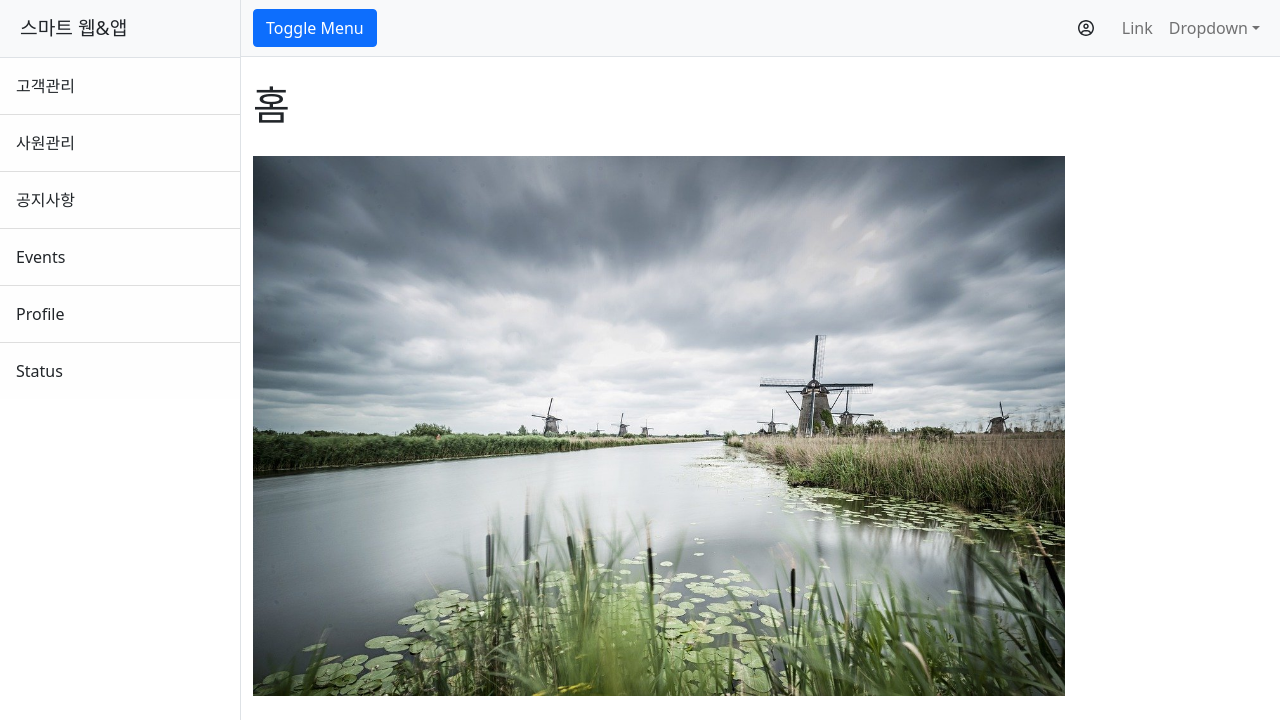
Repository: iwonhee/Study_Servlet
Page: http://localhost/web/index
These files come from the project's save history. The page is drawn as it stood at one moment and after the next save; the edit follows.
The browser window is 1280 px wide. The pictures show the whole page.
The page is served by Tomcat 9.

Above is the page before, as saved 2022-12-02 06:43:45.

After the next save:
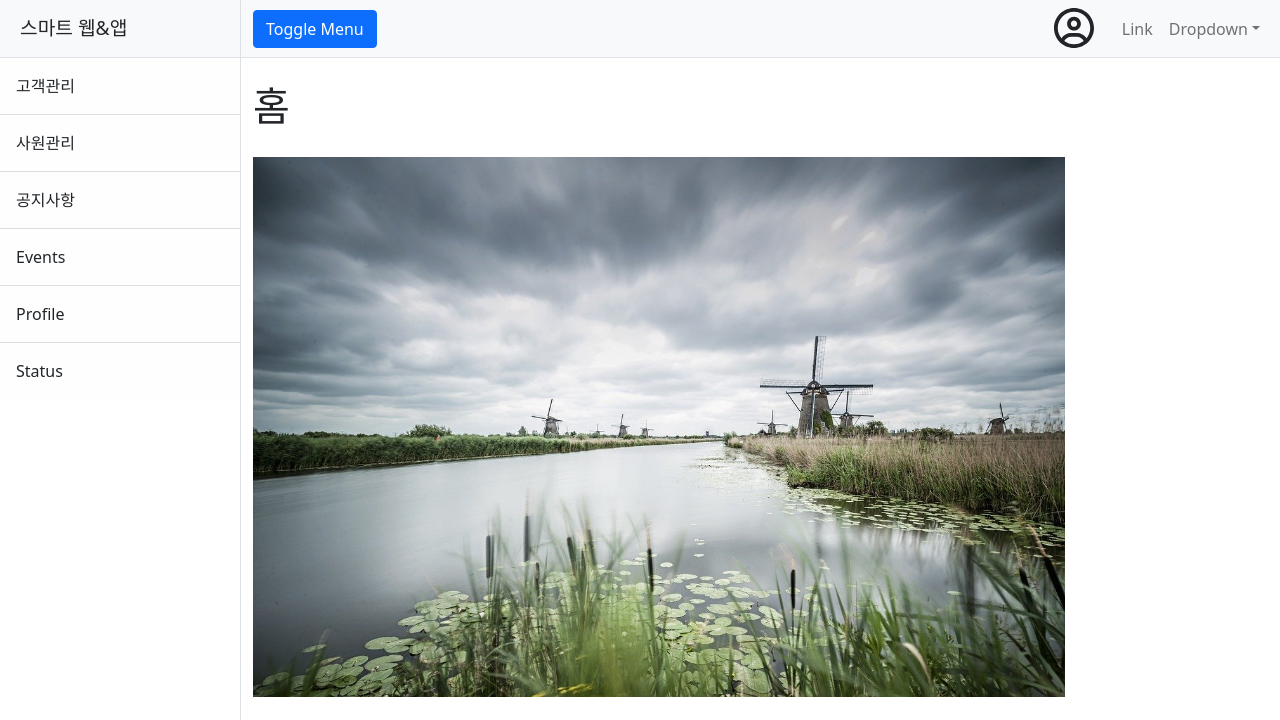
Saved 16 s later.
--- a/web/src/main/webapp/css/common.css
+++ b/web/src/main/webapp/css/common.css
@@ -54,6 +54,7 @@ select{
 	object-fit : cover;
 	border-radius:50%;
 }
+.font{font-size:40px;}
 .box{
 	width:320px;
 	margin:20px auto;

After the save that followed:
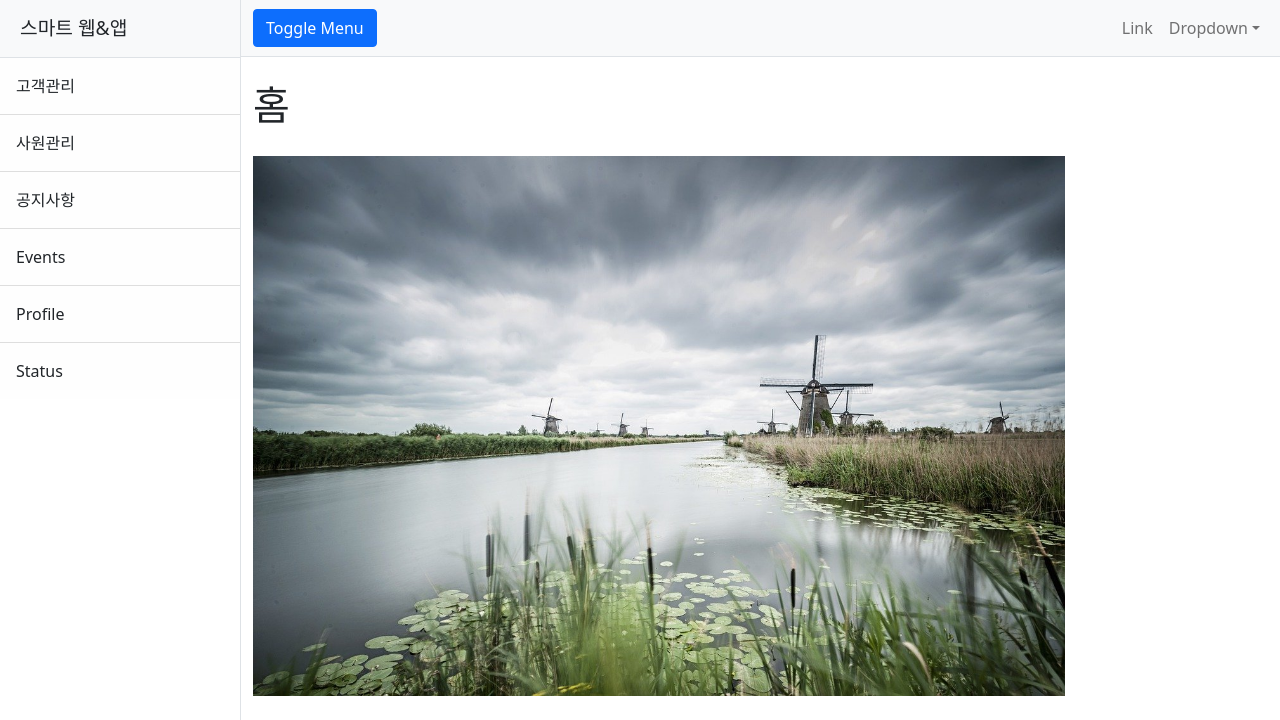
Saved 47 s later.
--- a/web/src/main/webapp/include/navigation.jsp
+++ b/web/src/main/webapp/include/navigation.jsp
@@ -15,8 +15,8 @@
                 <li class="nav-item active">
                 	<c:if test='${!empty loginInfo.profile_image}'>
 	                	<img class='profile' src='${loginInfo.profile_image}'>
-                	</c:if>
-                	<c:if test='${empty loginInfo.profile_image}'>
+                	<%-- </c:if>
+                	<c:if test='${empty loginInfo.profile_image}'> --%>
                 		<i class="font fa-regular fa-circle-user"></i>
                 	</c:if>
                 	<span style='margin-right:20px'>${loginInfo.name}</span>
